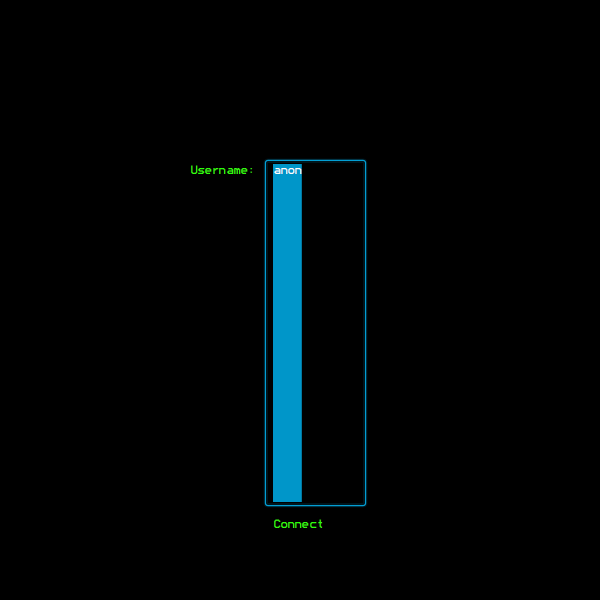
Repository: silic4-ivey/River
Program's window: java RiverClient/src/Main.java
The author's editor kept a copy of each file at every save. The program's window is drawn from the files as they stood at one save, then again after the next save.
It runs on Java 21 on a 1366 x 768 screen with JavaFX 11; the title bar is not drawn. It also reads RiverClient/resources/fonts/Modeseven-L3n5.ttf.

Above is the program's window before, as saved 2021-08-16 18:53:31.

### RiverClient/src/Main.java
import javafx.application.Application;
import javafx.event.ActionEvent;
import javafx.event.EventHandler;
import javafx.scene.Scene;
import javafx.scene.control.Button;
import javafx.scene.layout.StackPane;
import javafx.stage.Stage;
public class Main extends Application{

	private MainUI mainUI;

	public static void main(String args[]) {
		launch (args);
	}

	@Override
	public void start(Stage primaryStage) throws Exception{

		mainUI = new MainUI(primaryStage);

	}
}

### RiverClient/src/MainUI.java
import javafx.geometry.Pos;
import java.io.FileInputStream;
import java.io.FileNotFoundException;
import java.io.File;
import javafx.scene.Scene;
import javafx.scene.control.Button;
import javafx.scene.layout.StackPane;
import javafx.scene.layout.VBox;
import javafx.scene.paint.Color;
import javafx.stage.Stage;
import javafx.scene.control.TextField;
import java.util.Random;
import javafx.scene.layout.GridPane;
import javafx.scene.control.Label;
import javafx.scene.text.Font;
import javafx.scene.text.Text;
import javafx.scene.control.ScrollPane;

public class MainUI {

	private RiverClient rc;
	private String userName = "anon";
	private int size = 600;
	private Stage window;
	private Text textBox = new Text();
	private final String modeSeven = "Modeseven-L3n5.ttf";
	private final String fontPath = "./resources/fonts/";

	public MainUI(Stage primaryStage) throws Exception{
		window = primaryStage;

		Label userLbl = new Label("Username:");
		TextField text = new TextField("anon");


		Button connectButton = new Button("Connect");
		connectButton.setOnAction(e ->startConnection(text.getText()));   ///////////////////////////////

		//VBox layout1 = new VBox();
		//layout1.getChildren().addAll(userLbl,text,connectButton);

		try {
			Font terminalFont = Font.loadFont(new FileInputStream(new File(fontPath + modeSeven)),12);

			text.setFont(terminalFont);
			userLbl.setFont(terminalFont);
			connectButton.setFont(terminalFont);


		}catch(FileNotFoundException e) {
			e.printStackTrace();
		}
		text.setStyle("-fx-border-color: #39ff14");

		text.setStyle("-fx-text-inner-color: #39ff14");
		text.setStyle("-fx-control-inner-background: black");

		userLbl.setTextFill(Color.web("#39ff14"));

		connectButton.setStyle("-fx-border-color: #39ff14");

		connectButton.setTextFill(Color.web("#39ff14"));
		connectButton.setStyle("-fx-background-color: black");


		GridPane layout1 = new GridPane();

		layout1.setVgap(8);
		layout1.setHgap(10);

		/*layout1.add(userLbl, size/2 -1, size/2);
		layout1.add(text, size/2, size/2);
		layout1.add(connectButton, size/2, size/2 -1);*/

		GridPane.setConstraints(userLbl, 19, 20);
		GridPane.setConstraints(text, 20, 20);
		GridPane.setConstraints(connectButton, 20, 21);

		layout1.getChildren().addAll(userLbl,text,connectButton);

		layout1.setGridLinesVisible(false);
		layout1.setStyle("-fx-background-color: #000000");

		Scene scene1 = new Scene(layout1, size, size, Color.BLACK);
		//scene1.setFill(Color.BLACK);

		window.setScene(scene1);
		window.setTitle("The River");
		window.show();

		/*RiverClient cs = RiverClient.getInstance();
		cs.writeTo();
		cs.closeAccess();*/
	}

	public void startConnection(String userName) {
		initializeClient();  ///////////////////////////////////////////////////
		setUser(userName);
		switchStage();
	}

	public void initializeClient() {
		rc = RiverClient.getInstance();
	}

	public void setUser(String userName) {
		this.userName = userName;
	}

	public void switchStage() {

		ServerReader sr = new ServerReader(rc, this);

		Label userLbl = new Label(userName + ": ");
		TextField text = new TextField("Type Here");

		Button sendButton = new Button("Send");
		sendButton.setOnAction(e -> rc.writeTo(text.getText(), userName));   /////////////////////////////// create a logoff button

		Button logoffButton = new Button("Logoff");
		logoffButton.setOnAction(e -> rc.closeAccess());   /////////////////////////////// create a logoff button

		//Text textBox = new Text();


		GridPane layout1 = new GridPane();

		layout1.setVgap(8);
		layout1.setHgap(10);

		GridPane.setConstraints(userLbl, 19, 2);
		GridPane.setConstraints(text, 20, 2);
		GridPane.setConstraints(sendButton, 21, 2);
		GridPane.setConstraints(logoffButton, 22, 2);
		GridPane.setConstraints(textBox,20,0);


		layout1.getChildren().addAll(userLbl,text,sendButton, textBox, logoffButton);

		ScrollPane scrollPane = new ScrollPane();
		scrollPane.setPrefSize(1, 1);
		scrollPane.setContent(textBox);
		scrollPane.setVbarPolicy(ScrollPane.ScrollBarPolicy.ALWAYS);
		scrollPane.setHbarPolicy(ScrollPane.ScrollBarPolicy.ALWAYS);

		layout1.setGridLinesVisible(false); ////////// delete after
		Scene scene2 = new Scene(layout1, size, size);
		scene2.setFill(Color.BLACK);



		sr.start();  /////////////////////////////////

		window.setScene(scene2);
		window.setTitle("The River");
		window.show();

	}


	public void updateText(String s) {

		textBox.setText(textBox.getText() + "\n" + s);


	}



}

After the next save:
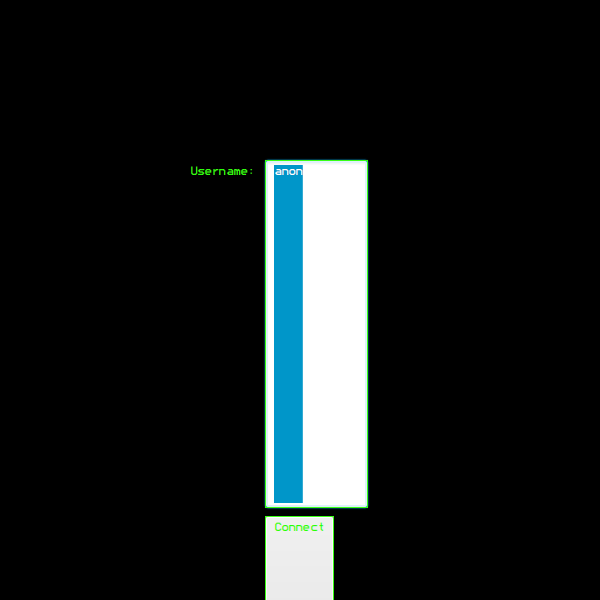
Saved 63 s later.
--- a/RiverClient/src/MainUI.java
+++ b/RiverClient/src/MainUI.java
@@ -50,17 +50,14 @@
 		}catch(FileNotFoundException e) {
 			e.printStackTrace();
 		}
-		text.setStyle("-fx-border-color: #39ff14");
 
 		text.setStyle("-fx-text-inner-color: #39ff14");
 		text.setStyle("-fx-control-inner-background: black");
-
+		text.setStyle("-fx-border-color: #39ff14");
 		userLbl.setTextFill(Color.web("#39ff14"));
-
-		connectButton.setStyle("-fx-border-color: #39ff14");
-
 		connectButton.setTextFill(Color.web("#39ff14"));
 		connectButton.setStyle("-fx-background-color: black");
+		connectButton.setStyle("-fx-border-color: #39ff14");
 
 
 		GridPane layout1 = new GridPane();

After the save that followed:
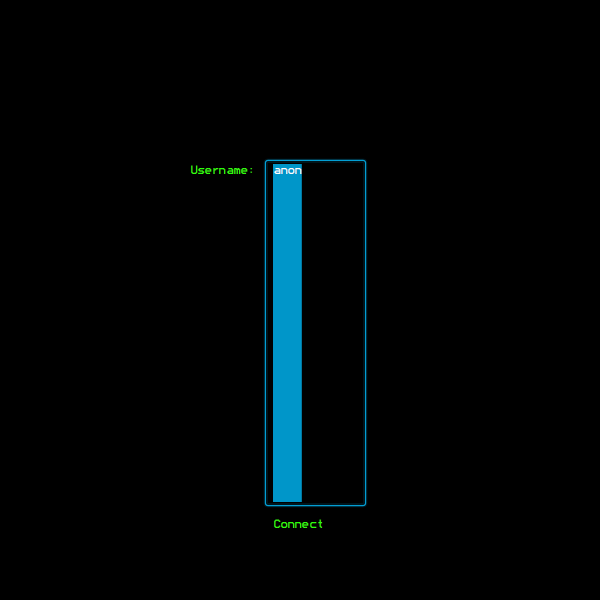
Saved 45 s later.
--- a/RiverClient/src/MainUI.java
+++ b/RiverClient/src/MainUI.java
@@ -53,11 +53,13 @@
 
 		text.setStyle("-fx-text-inner-color: #39ff14");
 		text.setStyle("-fx-control-inner-background: black");
-		text.setStyle("-fx-border-color: #39ff14");
+		//text.setStyle("-fx-border-color: #39ff14");
+
 		userLbl.setTextFill(Color.web("#39ff14"));
+
 		connectButton.setTextFill(Color.web("#39ff14"));
 		connectButton.setStyle("-fx-background-color: black");
-		connectButton.setStyle("-fx-border-color: #39ff14");
+		//connectButton.setStyle("-fx-border-color: #39ff14");
 
 
 		GridPane layout1 = new GridPane();
